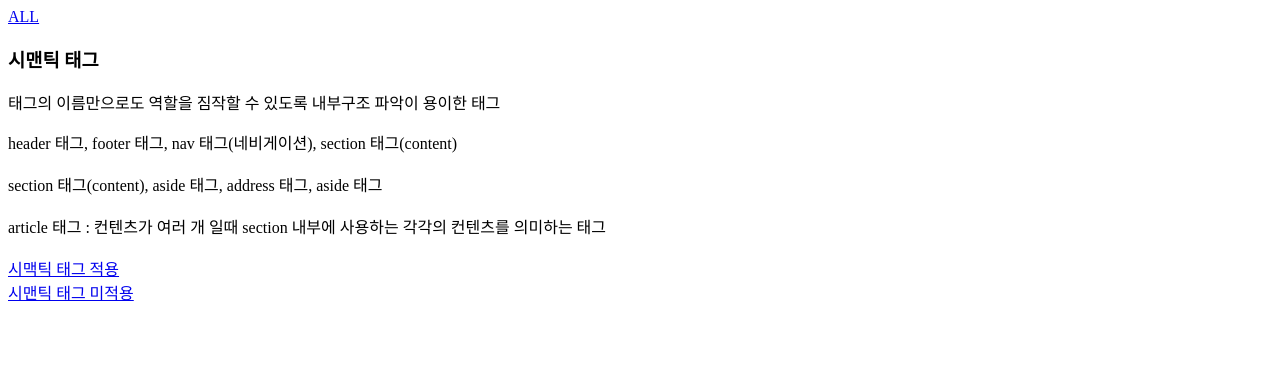
Repository: itkezi/HTML_2022_505
Page: Web/WebContent/style/semantic.html
The author's editor kept a copy of each file at every save. The page is drawn from the files as they stood at one save, then again after the next save.
The browser window is 1280 px wide. The pictures show the whole page.

Above is the page before, as saved 2022-03-29 05:40:24.

### Web/WebContent/style/semantic.html
<!DOCTYPE html>
<html>
<head>
<meta charset="UTF-8">
<title>html5의 시맨틱 태그</title>
</head>
<body>
<a href="http://localhost:8080/Web/HTML/ALL.html" target='_blank'> ALL</a>
<br>

<div>
	<h3>시맨틱 태그</h3>
	<p> 태그의 이름만으로도 역할을 짐작할 수 있도록 내부구조 파악이 용이한 태그</p>

	<!-- 전부 div 태그이지만 보기 편하려고 붙이는 것 (필수 아님) -->
	<p>
	header 태그, footer 태그, nav 태그(네비게이션), section 태그(content)
	<br><br>
	section 태그(content), aside 태그, address 태그, aside 태그
	<br><br>
	article 태그 : 컨텐츠가 여러 개 일때 section 내부에 사용하는 각각의 컨텐츠를 의미하는 태그
	<br><br>

	<a href="http://localhost:8080/Web/style/layout1.html" target='_blank'> 시맥틱 태그 적용</a>
	<br>
	<a href="http://localhost:8080/Web/style/layout2.html" target='_blank'> 시맨틱 태그 미적용</a>
	<br>
	</p>



</div>

</body>
</html>

After the next save:
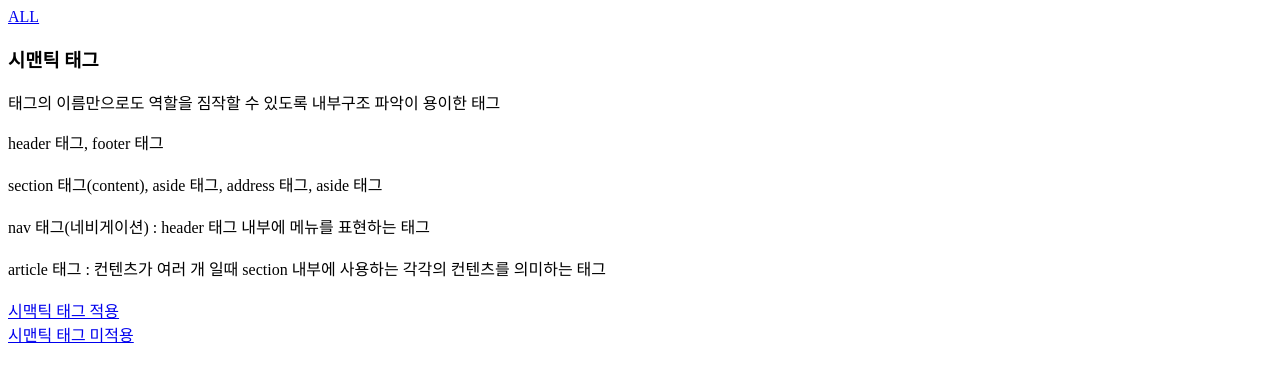
Saved 41 min 37 s later.
--- a/Web/WebContent/style/semantic.html
+++ b/Web/WebContent/style/semantic.html
@@ -14,9 +14,11 @@
 
 	<!-- 전부 div 태그이지만 보기 편하려고 붙이는 것 (필수 아님) -->
 	<p>
-	header 태그, footer 태그, nav 태그(네비게이션), section 태그(content)
+	header 태그, footer 태그
 	<br><br>
 	section 태그(content), aside 태그, address 태그, aside 태그
+	<br><br>
+	nav 태그(네비게이션) : header 태그 내부에 메뉴를 표현하는 태그
 	<br><br>
 	article 태그 : 컨텐츠가 여러 개 일때 section 내부에 사용하는 각각의 컨텐츠를 의미하는 태그
 	<br><br>
